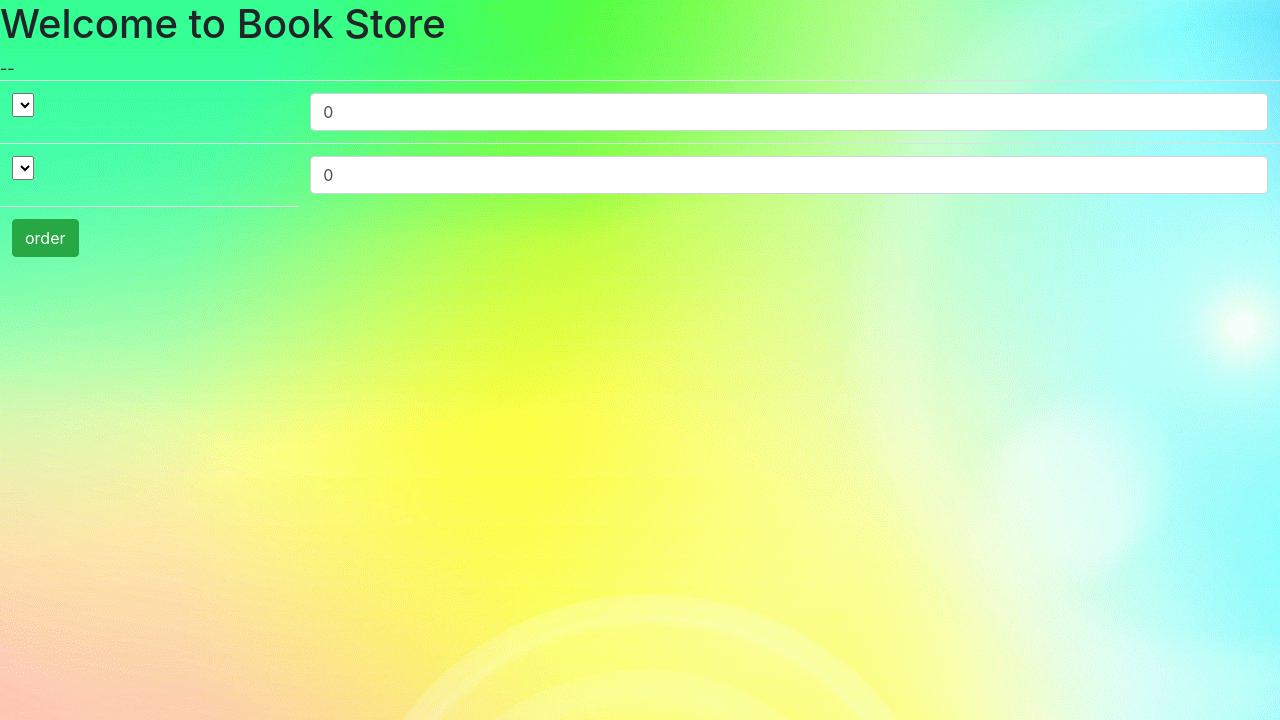
Repository: zhenyan02/HW_Projects
Page: http://localhost/bookStore/BuyerWeb.jsp
An editor plug-in stored every save of this project. The page is shown before and after the next save, followed by the edit.
The browser window is 1280 px wide. The pictures show the whole page.
The page is served by Tomcat 9. Other server files are loaded and not shown. Queries for data that is not in the repository find no rows.

Above is the page before, as saved 2018-11-27 04:06:04.

### 582_Final Project_JavaScript/bookStore/WebContent/BuyerWeb.jsp
<%@ page language="java" contentType="text/html; charset=ISO-8859-1"
    pageEncoding="ISO-8859-1" import="finalproject.bookstore.*, java.util.*"%>
<!DOCTYPE html PUBLIC "-//W3C//DTD HTML 4.01 Transitional//EN" "http://www.w3.org/TR/html4/loose.dtd">
<html>
<head>
<meta http-equiv="Content-Type" content="text/html; charset=ISO-8859-1">
<title>Insert title here</title>
<link href="css/bootstrap.css" rel="stylesheet"/>
</head>

<body background="back6.jpg">
	<h1>Welcome to Book Store</h1>

<%
	BranchDAO dao = new BranchDAO();

	//controller{
	String action = request.getParameter("action");
    String name = request.getParameter("name");
    String saleprice = request.getParameter("saleprice");
    String stock = request.getParameter("stock");
    String orderNbr = request.getParameter("orderNbr");
    String version = request.getParameter("version");
    String action2 = request.getParameter("action2");
    String name2 = request.getParameter("name2");
    String saleprice2 = request.getParameter("saleprice2");
    String orderNbr2 = request.getParameter("orderNbr2");
    String stock2 = request.getParameter("stock2");
    String version2 = request.getParameter("version2");
    Branch app = new Branch();
    Order ap1 = new Order();
    Order ap2 = new Order();

    if("order".equals(action)){
     	int orderNbrInt = Integer.parseInt(orderNbr);
    	int versionInt = Integer.parseInt(version);
     	int stockInt = Integer.parseInt(stock);
        ap1 = new Order(orderNbrInt, stockInt,name,versionInt);

     	int orderNbrInt2 = Integer.parseInt(orderNbr2);
     	int stockInt2 = Integer.parseInt(stock2);
    	int versionInt2 = Integer.parseInt(version2);
        ap2 = new Order(orderNbrInt2, stockInt,name2,versionInt2);

		List<Order> twoInputs = new ArrayList<Order>();
		twoInputs.add(ap1);
		twoInputs.add(ap2);
		dao.listOrder(twoInputs);
    }



	//Seller app1 = new Seller("xxxyxx", 8.99);
	//dao.create(app1);


	List<Branch> branchs = dao.selectAll();
	 //}
%>
<form action="BuyerWeb.jsp">
	<table class= "table">
			<tr>
			<span class="input-group-addon">-</span>
			<td> <select name = "options">
				<% for(Branch ap:branchs){%>
						<option value="name=<%= ap.getName() %>&version=<%= ap.getVersion() %>&stock=<%= ap.getStock() %>">
						<%= ap.getName() %> -- Price:$<%= ap.getStock() %> -- only <%= ap.getStock() %> left
						</option>
				<% }%>
			</select> 	</td>
			<td><input name="orderNbr" class="form-control" value="<%= ap1.getOrderNbr()%>"/></td>
			</tr>


			<tr>
			<span class="input-group-addon">-</span>
			<td> <select name = "options">
				<% for(Branch ap:branchs){%>
						<option value="name2=<%= ap.getName() %>&version2=<%= ap.getVersion() %>&stock2=<%= ap.getStock() %>">
						<%= ap.getName() %> -- Price:$<%= ap.getStock() %> -- only <%= ap.getStock() %> left
						</option>
				<% }%>
			</select> 	</td>
			<td><input name="orderNbr2" class="form-control" value="<%= ap2.getOrderNbr()%>"/></td>
			</tr>



				<tr><td>
				<button class="btn btn-success" name="action" value="order">
					order
				</button>
				</td>
				<tr/>


   </table>
</form>
</body>
</html>

### 582_Final Project_JavaScript/bookStore/src/finalproject/bookstore/BranchDAO.java
package finalproject.bookstore;

import java.sql.Connection;
import java.sql.DriverManager;
import java.sql.PreparedStatement;
import java.sql.ResultSet;
import java.sql.SQLException;
import java.util.ArrayList;
import java.util.List;

public class BranchDAO {

	public Connection getConnection(){
		String connectionUrl = "jdbc:mysql://localhost:3306/onlineide";
		Connection connection = null;

		try {
			Class.forName("com.mysql.jdbc.Driver").newInstance();
			connection = DriverManager.getConnection(connectionUrl, "root", "zhenyanl");
		} catch (Exception e) {
			e.printStackTrace();
		}
		return connection;
	}

	public void closeConnection(Connection connection){
		try {
			connection.close();
		} catch (SQLException e) {
			e.printStackTrace();
		}
	}

	public void create(Branch branch){

		String sql = "insert into branchs(saleprice, stock, name, version) values (? ,?, ?, ?)";

		Connection connection = getConnection();

		try {
			PreparedStatement statement = connection.prepareStatement(sql);
			statement.setDouble(1, branch.getSaleprice());
			statement.setInt(2, branch.getStock());
			statement.setString(3, branch.getName());
			statement.setInt(4, 0);
			statement.execute();
	        connection.commit();
		} catch (SQLException e) {
			e.printStackTrace();
									try {
										connection.rollback();
									} catch (SQLException e1) {
										e1.printStackTrace();
									}
		}finally {
			closeConnection(connection);
		}
	}



	public List<Branch> selectAll(){
		List<Branch> branchs = new ArrayList<Branch>();

		String sql = "select * from branchs";
		Connection connection = getConnection();

		try {
			PreparedStatement statement = connection.prepareStatement(sql);
			ResultSet results = statement.executeQuery();
			while(results.next()){
				double saleprice = results.getDouble("saleprice");
				int stock = results.getInt("stock");
				String name = results.getString("name");
				int version = results.getInt("version");
				//int stockquantity = results.getInt("stockquantity");
				Branch branch = new Branch(saleprice, stock, name, version);
				branchs.add(branch);
			}
		} catch (SQLException e) {
			e.printStackTrace();
		}finally {
			closeConnection(connection);
		}

		return branchs;
	}



	public void remove(String name, int version){
		String sql = "delete from branchs where name=? and version=?";

		Connection connection = getConnection();

		try {
			PreparedStatement statement = connection.prepareStatement(sql);
			statement.setString(1,  name);
			statement.setInt(2, version);
			statement.execute();
		} catch (SQLException e) {
			e.printStackTrace();
		}finally{
			closeConnection(connection);
		}
	}



	public Branch selectOne(String name, int version) {
		Branch app = null;

		String sql = "select * from branchs where name=? and version=?";
		Connection connection = getConnection();

		try {			connection.setAutoCommit(false);
			PreparedStatement statement = connection.prepareStatement(sql);
			statement.setString(1,  name);
			statement.setInt(2, version);
			ResultSet results = statement.executeQuery();
			if(results.next()){
				double saleprice = results.getDouble("saleprice");
				int stock = results.getInt("stock");
				name = results.getString("name");
				version = results.getInt("version");
				app = new Branch(saleprice, stock, name, version);
			}else{
				System.out.println("AAAAAAbranch test REACH");
				return new Branch(0.0, 0, "Please refresh the page!!", 0);
			};
	        connection.commit();
			System.out.println("branch test REACH");
		} catch (SQLException e) {
			e.printStackTrace();
		}finally{
			closeConnection(connection);
		}
		return app;
	}



	public void update(String name, int version, Branch app) {

		String sql = "update branchs set saleprice=?, stock=?, name=?, version=? where name=? and version =?";
		Connection connection = getConnection();
		int newVersion = version+1;
		try {
			PreparedStatement statement = connection.prepareStatement(sql);
			statement.setDouble(1, app.getSaleprice());
			statement.setInt(2, app.getStock());
			statement.setString(3, app.getName());
			statement.setInt(4, newVersion);
			statement.setString(5, name);
			statement.setInt(6, version);
			statement.execute();
		} catch (SQLException e) {
			e.printStackTrace();
		}finally{
			closeConnection(connection);
		}
	}




	public void  listInsert(List<Branch> allInput){

		String sql = "insert into branchs(saleprice, stock, name, version) values (? ,?, ?, ?)";
		Connection connection = getConnection();

		try {
			PreparedStatement statement = connection.prepareStatement(sql);
			//ResultSet results = statement.executeQuery();
			connection.setAutoCommit(false);
	        for (Branch branch : allInput) {
	        	statement.setDouble(1, branch.getSaleprice());
				statement.setInt(2, branch.getStock());
				statement.setString(3, branch.getName());
				statement.setInt(4, 0);
				statement.execute();
				}
	        connection.commit();
		} catch (SQLException e) {
			e.printStackTrace();
								try {
									connection.rollback();
								} catch (SQLException e1) {
									e1.printStackTrace();
								}
		}finally {
			closeConnection(connection);
		}

	}

	public void  listOrder(List<Order> allInput){
		String sql = "update branchs set stock=? where name=? and version =?";
		Connection connection = getConnection();

		try {
			PreparedStatement statement = connection.prepareStatement(sql);
			//ResultSet results = statement.executeQuery();
			connection.setAutoCommit(false);
	        for (Order order : allInput) {
	        	int leftNbr = order.getStock()-order.getOrderNbr();
				statement.setInt(1, leftNbr);
				statement.setString(2, order.getName());
				statement.setInt(3, order.getVersion());
				statement.execute();
				}
	        connection.commit();
		} catch (SQLException e) {
			e.printStackTrace();
								try {
									connection.rollback();
								} catch (SQLException e1) {
									e1.printStackTrace();
								}
		}finally {
			closeConnection(connection);
		}

	}




}

### 582_Final Project_JavaScript/bookStore/src/finalproject/bookstore/Branch.java
package finalproject.bookstore;

public class Branch {
	private double saleprice = 0.0;
	private int stock=0;
	private String name = "";
	private int version ;

	public Branch() {
		super();
	}

	public Branch(double saleprice, int stock, String name, int version) {
		super();
		this.saleprice = saleprice;
		this.stock = stock;
		this.name = name;
		this.version = version;
	}

	public double getSaleprice() {
		return saleprice;
	}
	public void setSaleprice(double saleprice) {
		this.saleprice = saleprice;
	}
	public int getStock() {
		return stock;
	}
	public void setStock(int stock) {
		this.stock = stock;
	}
	public String getName() {
		return name;
	}
	public void setName(String name) {
		this.name = name;
	}
	public int getVersion() {
		return version;
	}
	public void setVersion(int version) {
		this.version = version;
	}

}


/*		<tr>
<td><input name="stock2" class="form-control" value="<%= apB2.getStock()%>"/></td>
<td><input name="name2" class="form-control" value="<%= apB2.getName()%>"/></td>
<td><input name="saleprice2" class="form-control" value="<%= apB2.getSaleprice()%>"/></td>
<td><input name="version2" class="form-control" value="<%= apB2.getVersion()%>"/></td>
<td>
	<button class="btn btn-success" name="action" value="create2">
		Add 2 together
	</button>
</td>
</tr>


<div>
<td><input name="stock" class="form-control" value="<%= app.getStock()%>"/></td>
<span class="input-group-addon">-</span>
<td> <select name = "options">
	<% for(Branch ap:branchs){%>
			<option><%= ap.getName() %></option>
	<% }%>
</select> 	</td>
</div>*/

### 582_Final Project_JavaScript/bookStore/src/finalproject/bookstore/Order.java
package finalproject.bookstore;

public class Order {
		private int orderNbr = 0;
		private int stock=0;
		private String name = "";
		private int version ;



		public Order() {
			super();
		}

		public Order(int orderNbr, int stock, String name, int version) {
			super();
			this.orderNbr = orderNbr;
			this.stock = stock;
			this.name = name;
			this.version = version;
		}

		public int getOrderNbr() {
			return orderNbr;
		}
		public void setOrderNbr(int orderNbr) {
			this.orderNbr = orderNbr;
		}
		public int getStock() {
			return stock;
		}
		public void setStock(int stock) {
			this.stock = stock;
		}
		public String getName() {
			return name;
		}
		public void setName(String name) {
			this.name = name;
		}
		public int getVersion() {
			return version;
		}
		public void setVersion(int version) {
			this.version = version;
		}

}

Loaded but not shown: 582_Final Project_JavaScript/bookStore/WebContent/css/bootstrap.css (library)

After the next save:
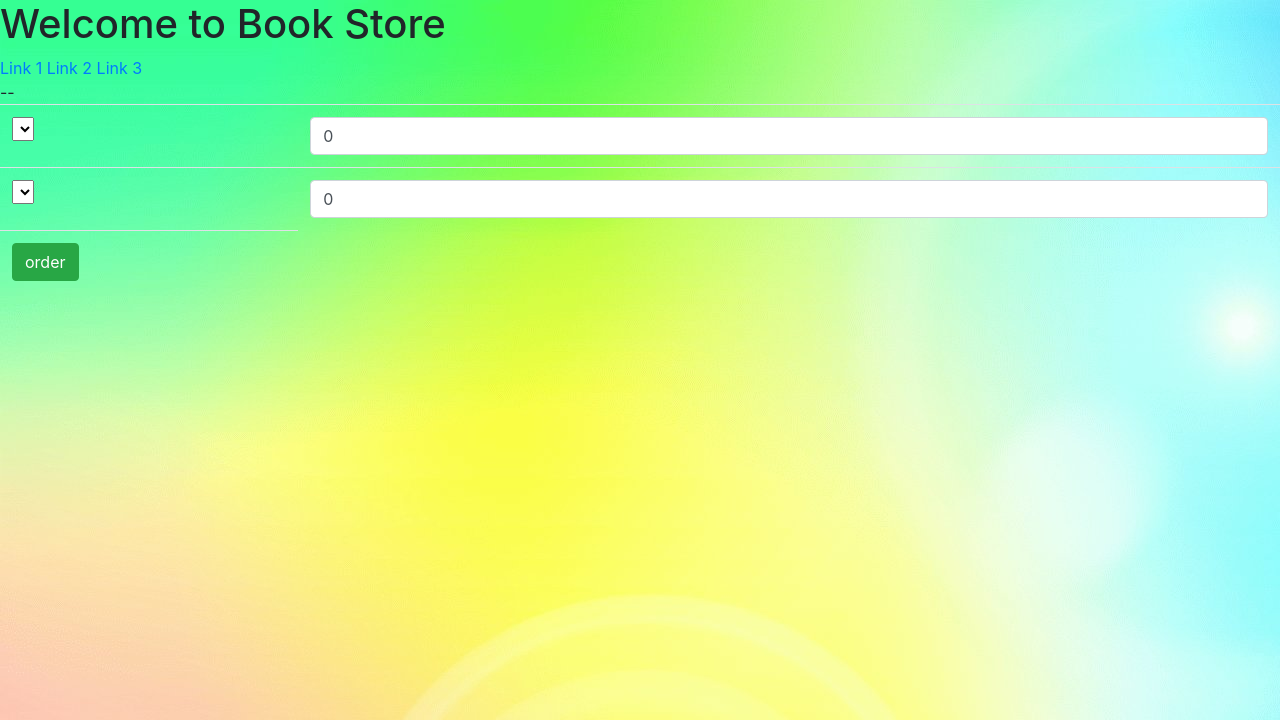
Saved 3 min 57 s later.
--- a/582_Final Project_JavaScript/bookStore/WebContent/BuyerWeb.jsp
+++ b/582_Final Project_JavaScript/bookStore/WebContent/BuyerWeb.jsp
@@ -58,6 +58,11 @@
 	 //}
 %>
 <form action="BuyerWeb.jsp">
+    <div class="dropdown-content">
+      <a href="#">Link 1</a>
+      <a href="#">Link 2</a>
+      <a href="#">Link 3</a>
+      </div>
 	<table class= "table">
 			<tr>
 			<span class="input-group-addon">-</span>
